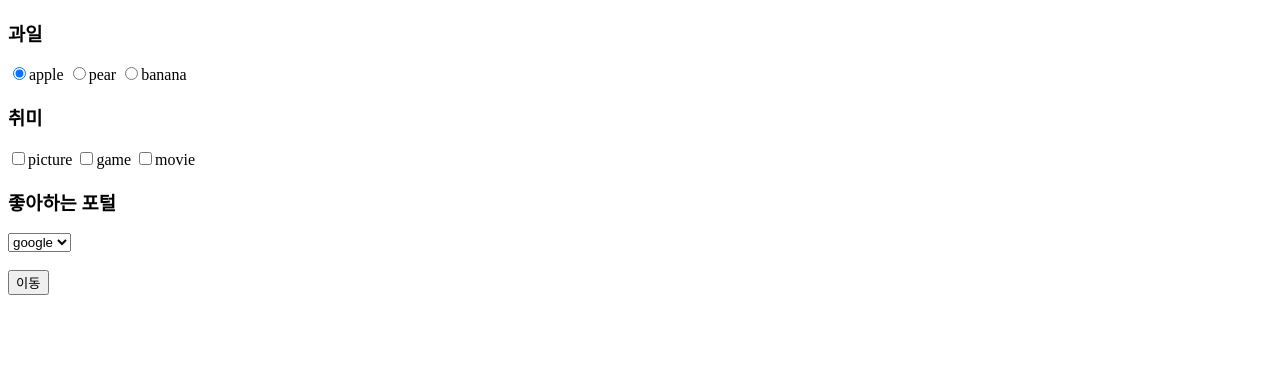
Repository: suhong99/servletLecture
Page: sample04/src/main/webapp/index.html
The author's editor kept a copy of each file at every save. The page is drawn from the files as they stood at one save, then again after the next save.
The browser window is 1280 px wide. The pictures show the whole page.

Above is the page before, as saved 2023-06-27 07:05:35.

### sample04/src/main/webapp/index.html
<!DOCTYPE html>
<html>
<head>
<meta charset="UTF-8">
<title>Insert title here</title>
</head>
<body>
<form action="Hello" method="post">
<h3>과일</h3>

<input type="radio" name="fruit" value="사과" checked>apple
<input type="radio" name="fruit" value="배">pear
<input type="radio" name="fruit" value="바나나">banana


<h3>취미</h3>

<input type="checkbox" name="hobby" value="그림그리기">picture
<input type="checkbox" name="hobby" value="게임">game
<input type="checkbox" name="hobby" value="영화보기">movie

<h3>좋아하는 포털</h3>
<select name="url">
	<option value="네이버">naver</option>
	<option value="구글" selected>google</option>
	<option value="줌">zum</option>
</select>
<br><br>
<input type="submit" value="이동">
</form>
</body>
</html>

After the next save:
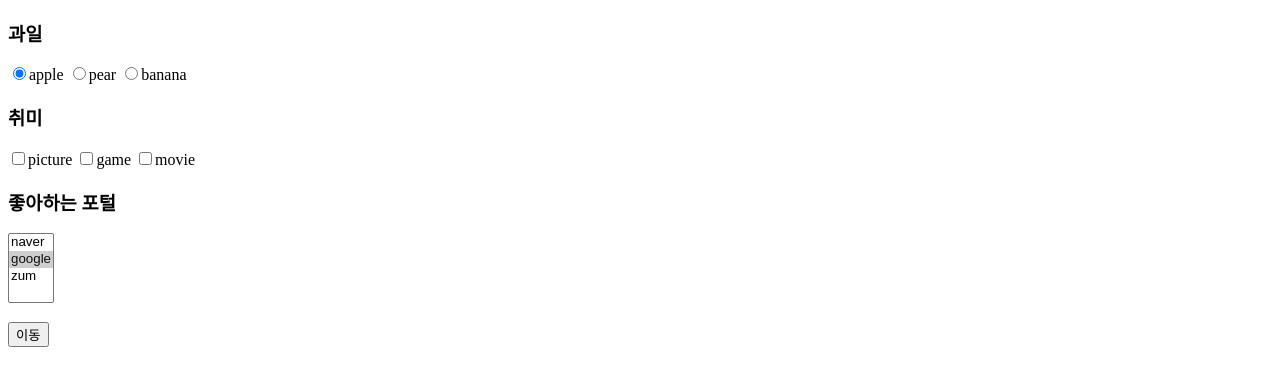
Saved 77 s later.
--- a/sample04/src/main/webapp/index.html
+++ b/sample04/src/main/webapp/index.html
@@ -20,7 +20,7 @@
 <input type="checkbox" name="hobby" value="영화보기">movie
 
 <h3>좋아하는 포털</h3>
-<select name="url">
+<select name="url" multiple="multiple">
 	<option value="네이버">naver</option>
 	<option value="구글" selected>google</option>
 	<option value="줌">zum</option>
